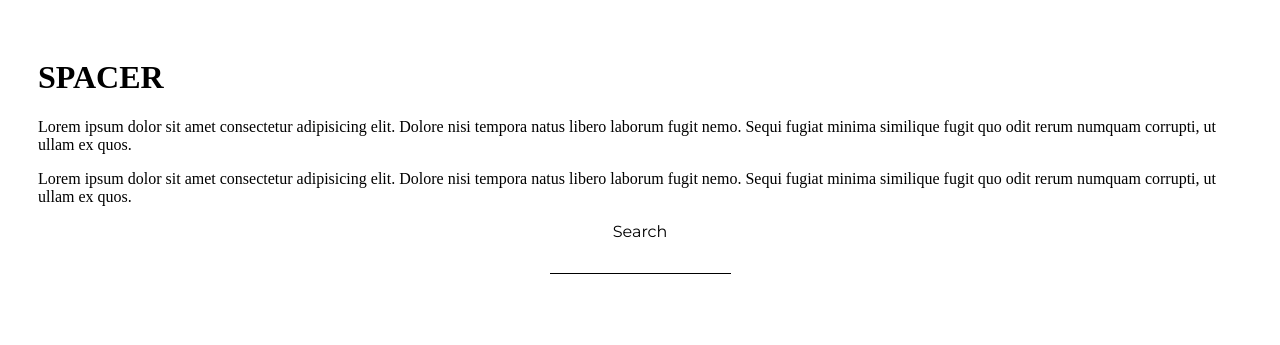
Repository: Trelefele/spacer-roman
Page: /
An editor plug-in stored every save of this project. The page is shown before and after the next save, followed by the edit.
The browser window is 1280 px wide. The pictures show the whole page.
The project was rebuilt for these pictures with package versions that can differ from the ones it lists, and the page was loaded fresh each time.

Above is the page before, as saved 2019-02-03 17:28:00.

### public/index.html
<!DOCTYPE html>
<html lang="en">
  <head>
    <meta charset="utf-8">
    <meta http-equiv="X-UA-Compatible" content="IE=edge">
    <meta name="viewport" content="width=device-width,initial-scale=1.0">
    <link rel="icon" href="<%= BASE_URL %>favicon.ico">
    <!-- <script src="https://unpkg.com/axios/dist/axios.min.js"></script> -->
    <title>spacer-roman</title>
  </head>
  <body>
    <noscript>
      <strong>We're sorry but spacer-roman doesn't work properly without JavaScript enabled. Please enable it to continue.</strong>
    </noscript>
    <div id="app"></div>
    <!-- built files will be auto injected -->
  </body>
</html>

### src/App.vue
<template>
  <div class="app">
    <router-view/>
  </div>
</template>

<style lang="scss" scoped >
@import url('https://fonts.googleapis.com/css?family=Montserrat:300,400,600,800');

* {
  box-sizing: border-box;
}

body {
  font-family: 'Montserrat', sans-serif;
}

</style>

### src/router.js
import Vue from 'vue';
import Router from 'vue-router';
// import Home from './views/Home.vue';
import Search from './views/Search.vue';


Vue.use(Router);

export default new Router({
//   mode: 'history',
//   base: process.env.BASE_URL,
  routes: [
    {
      path: '/',
      name: 'Search',
      component: Search,
    },
  ],
});

### src/views/Search.vue
<template>
  <div class="searchWrapper">
    <Claim/>
  <div class="search"></div>
    <label for="search">Search</label>
    <input
      id="search"
      name="search"
      v-model="searchValue"
      @input="handleInput"
      />

  </div>
</template>

<script>
import axios from 'axios';
import debounce from 'lodash.debounce';
import Claim from '@/components/Claim';

const API = 'https://images-api.nasa.gov/search';

export default {
  name: 'Search',
  components:{
    Claim,
  },
  data() {
    return {
      searchValue: '',
      results: [],
    };
  },
  methods: {
    // eslint-disable-next-line
    handleInput: debounce(function(){
      axios.get(`${API}?q=${this.searchValue}&media_type=image`)
        .then((response) => {
          // this.results = response.data.collection.items;
          this.results = response.data.collection.items;
        })
        .catch((error) => {
          console.log(error);
        });
    }, 500),
  },
};
</script>

<style lang="scss" scoped>
    .searchWrapper{
        display: flex;
        flex-direction: column;
        align-items: center;
        margin: 0;
        padding: 30px;
        width: 100%
    }
    .search{
        display: flex;
        flex-direction: column;
        width: 250px;
    }
    label{
      font-family: montserrat, sans-serif;
    }
    input {
      height: 30px;
      border: 0;
      border-bottom: 1px solid black;
    }
</style>

### src/components/Claim.vue
<template>
    <div>
        <h1 class="claim">SPACER</h1>
        <p class="subclaim">
            Lorem ipsum dolor sit amet consectetur adipisicing elit. Dolore nisi tempora natus libero laborum fugit nemo. Sequi fugiat minima similique fugit quo odit rerum numquam corrupti, ut ullam ex quos.
        </p>
        <p class="subclaim">
            Lorem ipsum dolor sit amet consectetur adipisicing elit. Dolore nisi tempora natus libero laborum fugit nemo. Sequi fugiat minima similique fugit quo odit rerum numquam corrupti, ut ullam ex quos.
        </p>
    </div>
</template>

<script>
export default {
    name: 'Claim',
};
</script>

<style lang="scss" scoped>
    .wrapper{
        display: flex;
        flex-direction: column;
        justify-content: center;
        align-items: center;
    }
</style>

Loaded but not shown: src/main.js (common file)

After the next save:
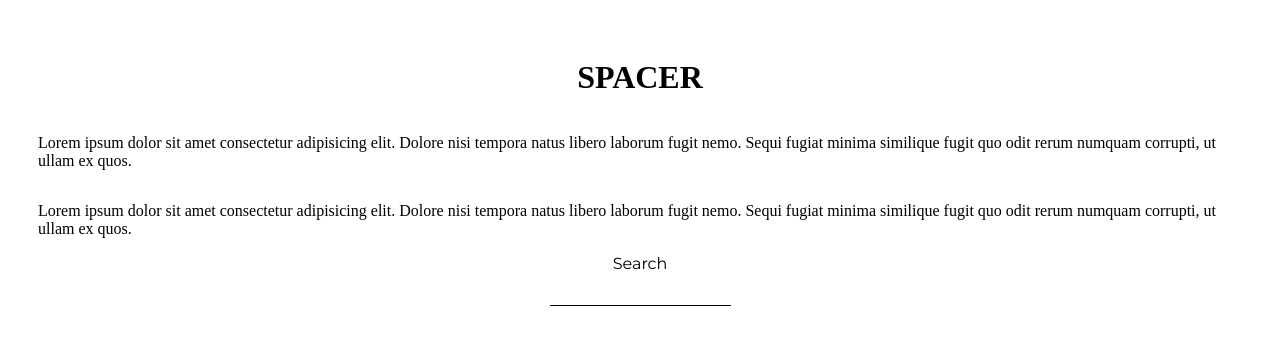
Saved 3 min 57 s later.
--- a/src/components/Claim.vue
+++ b/src/components/Claim.vue
@@ -1,5 +1,5 @@
 <template>
-    <div>
+    <div class="claimWrapper">
         <h1 class="claim">SPACER</h1>
         <p class="subclaim">
             Lorem ipsum dolor sit amet consectetur adipisicing elit. Dolore nisi tempora natus libero laborum fugit nemo. Sequi fugiat minima similique fugit quo odit rerum numquam corrupti, ut ullam ex quos.
@@ -17,7 +17,7 @@ export default {
 </script>
 
 <style lang="scss" scoped>
-    .wrapper{
+    .claimWrapper{
         display: flex;
         flex-direction: column;
         justify-content: center;
